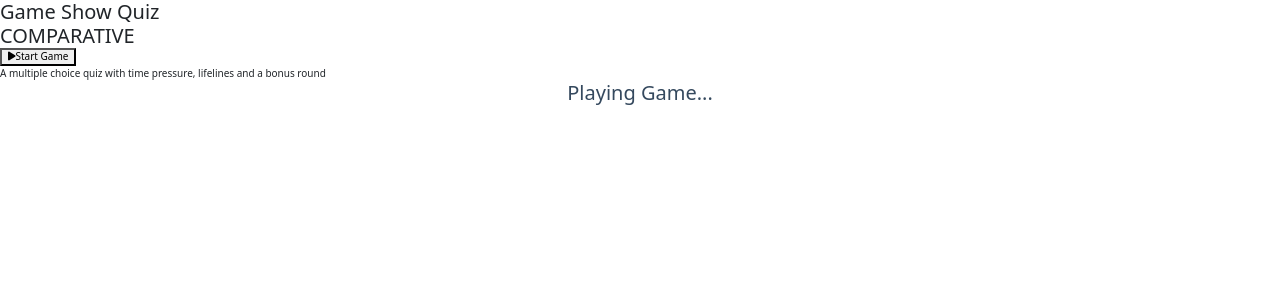
Repository: litaiqiang1407/comparative-gq
Page: /
An editor plug-in stored every save of this project. The page is shown before and after the next save, followed by the edit.
The browser window is 1280 px wide. The pictures show the whole page.
The project was rebuilt for these pictures with package versions that can differ from the ones it lists, and the page was loaded fresh each time. Also part of the build but not shown: vue.config.js.

Above is the page before, as saved 2024-06-20 19:34:59.

### public/index.html
<!DOCTYPE html>
<html lang="">
  <head>
    <meta charset="utf-8" />
    <meta http-equiv="X-UA-Compatible" content="IE=edge" />
    <meta name="viewport" content="width=device-width,initial-scale=1.0" />
    <link rel="icon" href="<%= BASE_URL %>favicon.ico" />
    <title>Comparative Game show Quiz</title>
  </head>
  <body>
    <div id="app"></div>
    <!-- built files will be auto injected -->
  </body>
</html>

### src/main.js
// main.js

import { createApp } from "vue";
import App from "./App.vue";
import router from "./router"; // Assuming you have set up router/index.js properly
import "bootstrap/dist/css/bootstrap.min.css";
import "bootstrap/dist/js/bootstrap.bundle.min.js";
import "bootstrap";

// Font Awesome imports
import { library } from "@fortawesome/fontawesome-svg-core";
import { FontAwesomeIcon } from "@fortawesome/vue-fontawesome";
import { fas } from "@fortawesome/free-solid-svg-icons";
import { far } from "@fortawesome/free-regular-svg-icons";
import { fab } from "@fortawesome/free-brands-svg-icons";

library.add(fas, far, fab);

const app = createApp(App);

// Register the FontAwesomeIcon component globally
app.component("font-awesome-icon", FontAwesomeIcon);

// Use Vue Router
app.use(router);

// Mount the app
app.mount("#app");

### src/App.vue
<template>
  <start-game v-if="status === 'start'" @onStart="onStart()" />
  <game-intro v-if="status === 'intro'" />
  <playing-game />
</template>

<script>
// Import
import StartGame from "./components/StartGame/StartGame.vue";
import GameIntro from "./components/PlayingGame/Intro/GameIntro.vue";
import PlayingGame from "./components/PlayingGame/PlayingGame.vue";

// Export
export default {
  name: "App",
  data() {
    return {
      status: "start",
    };
  },
  components: {
    StartGame,
    GameIntro,
    PlayingGame,
  },
  methods: {
    onStart() {
      this.status = "intro";
    },
  },
};
</script>

// Scoped CSS
<style lang="scss">
.example {
  color: blue;
}
</style>

### src/router/index.js
// src/router/index.js

import { createRouter, createWebHistory } from "vue-router";
import StartGame from "../components/StartGame/StartGame.vue";
import PlayingGame from "../components/PlayingGame/PlayingGame.vue";
import GameIntro from "../components/PlayingGame/Intro/GameIntro.vue";

const routes = [
  { path: "/", component: StartGame },
  { path: "/intro", component: GameIntro },
  { path: "/playing", component: PlayingGame },
];

const router = createRouter({
  history: createWebHistory(),
  routes,
});

export default router;

### src/assets/styles/GlobalStyles.scss
@import "normalize.css";
@import url("https://fonts.googleapis.com/css2?family=Rubik:ital,wght@0,300..900;1,300..900&display=swap");

* {
  box-sizing: border-box;
}

html {
  font-size: 62.5%;
}

body {
  font-family: "Rubik", sans-serif;
  font-size: 1.6rem;
  line-height: 1.5;
  text-rendering: optimizeSpeed;
}

h1,
h2,
h3 {
  margin: 0;
}

### src/components/StartGame/StartGame.vue
<template>
  <div class="start">
    <h2 class="title">Game Show Quiz</h2>
    <h1 class="game-name">COMPARATIVE</h1>
    <button class="play-button" @click="onStart()">
      <font-awesome-icon :icon="['fas', 'play']" />
      <span>Start Game</span>
    </button>
    <div class="description">
      A multiple choice quiz with time pressure, lifelines and a bonus round
    </div>
  </div>
</template>

<script>
import { FontAwesomeIcon } from "@fortawesome/vue-fontawesome";

export default {
  components: {
    FontAwesomeIcon,
  },
  methods: {
    onStart() {
      this.$emit("onStart");
    },
  },
};
</script>

<style lang="scss" scoped>
@import "./StartGame.scss";
</style>

### src/components/PlayingGame/Intro/GameIntro.vue
<template>
  <div class="game-intro">
    <h1>Welcome to the Game!</h1>
    <p>Get ready...</p>
  </div>
</template>

<script>
export default {
  name: "GameIntro",
  mounted() {
    setTimeout(() => {
      this.$emit("onPlay");
    }, 3000);
  },
};
</script>

<style lang="scss" scoped>
@import "./GameIntro.scss";
</style>

### src/components/PlayingGame/PlayingGame.vue
<template>
  <div class="playing-game">
    <h1>Playing Game...</h1>
    <!-- Game content here -->
  </div>
</template>

<script>
export default {
  name: "PlayingGame",
};
</script>

<style lang="scss" scoped>
.playing-game {
  text-align: center;
  h1 {
    color: #35495e;
  }
}
</style>

### src/components/PlayingGame/Intro/GameIntro.scss
.game-intro {
    display: flex;
    flex-direction: column;
    align-items: center;
    justify-content: center;
    height: 100vh;
    background-color: #f5f5f5;
    h1 {
      color: #35495e;
    }
    p {
      color: #42b983;
      font-size: 24px;
    }
  }

Loaded but not shown: src/components/StartGame/StartGame.scss (no stored copy; drawn as an empty file)

After the next save:
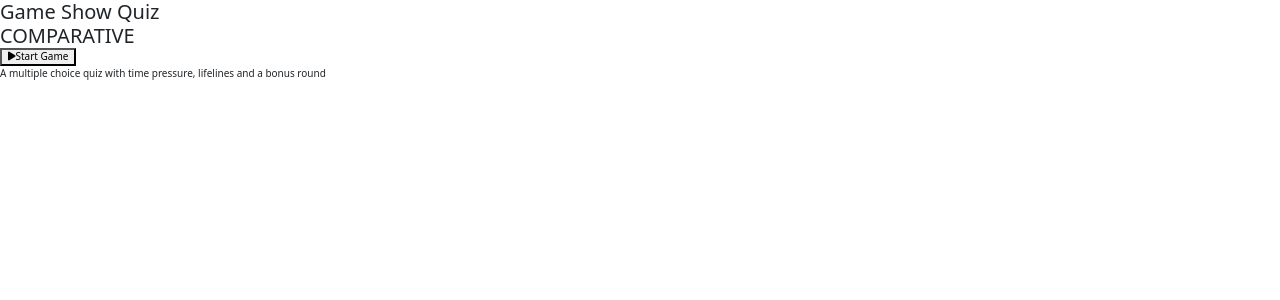
Saved 42 s later.
--- a/src/App.vue
+++ b/src/App.vue
@@ -1,7 +1,7 @@
 <template>
   <start-game v-if="status === 'start'" @onStart="onStart()" />
-  <game-intro v-if="status === 'intro'" />
-  <playing-game />
+  <game-intro v-if="status === 'intro'" @onPlay="onPlay()" />
+  <playing-game v-if="status === 'playing'" />
 </template>
 
 <script>
@@ -27,6 +27,9 @@
     onStart() {
       this.status = "intro";
     },
+    onPlay() {
+      this.status = "playing";
+    },
   },
 };
 </script>
